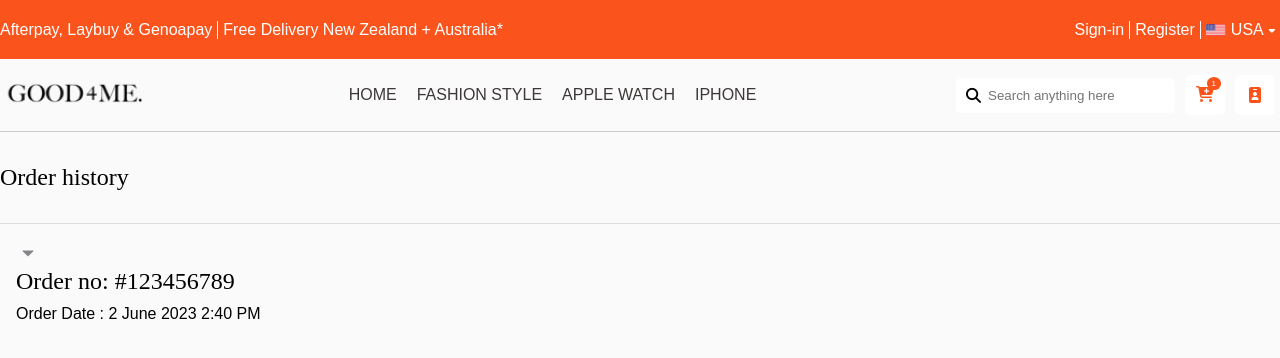
Repository: Ngoc28/Shoppe-web
Page: html/history.html
An editor plug-in stored every save of this project. The page is shown before and after the next save, followed by the edit.
The browser window is 1280 px wide. The pictures show the whole page.
Some web fonts or font styles are not loaded; a fallback is used.

Above is the page before, as saved 2023-08-08 22:45:29.

After the next save:
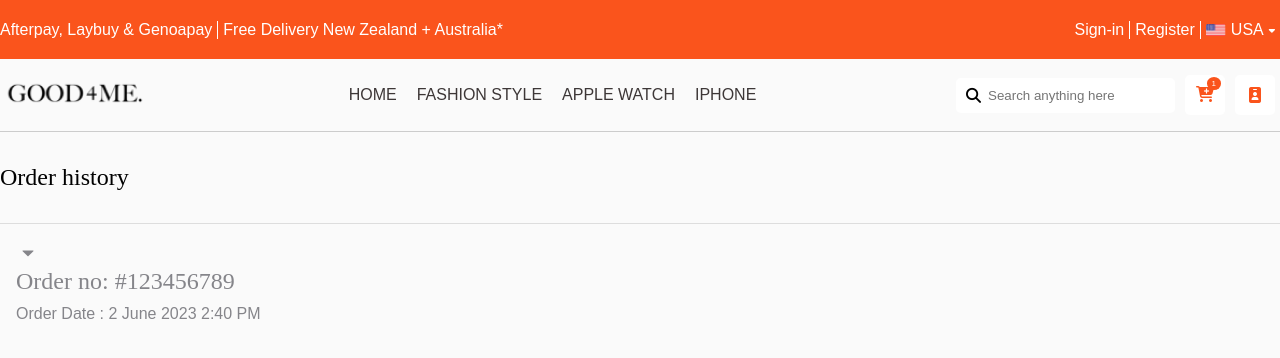
Saved 24 s later.
--- a/accest/css/history.css
+++ b/accest/css/history.css
@@ -19,7 +19,8 @@
 }
 
 .container-order p {
-    font-size: ;
+    font-size: 16px;
+    color: #85858A;
 }
 
 .container-order img {
